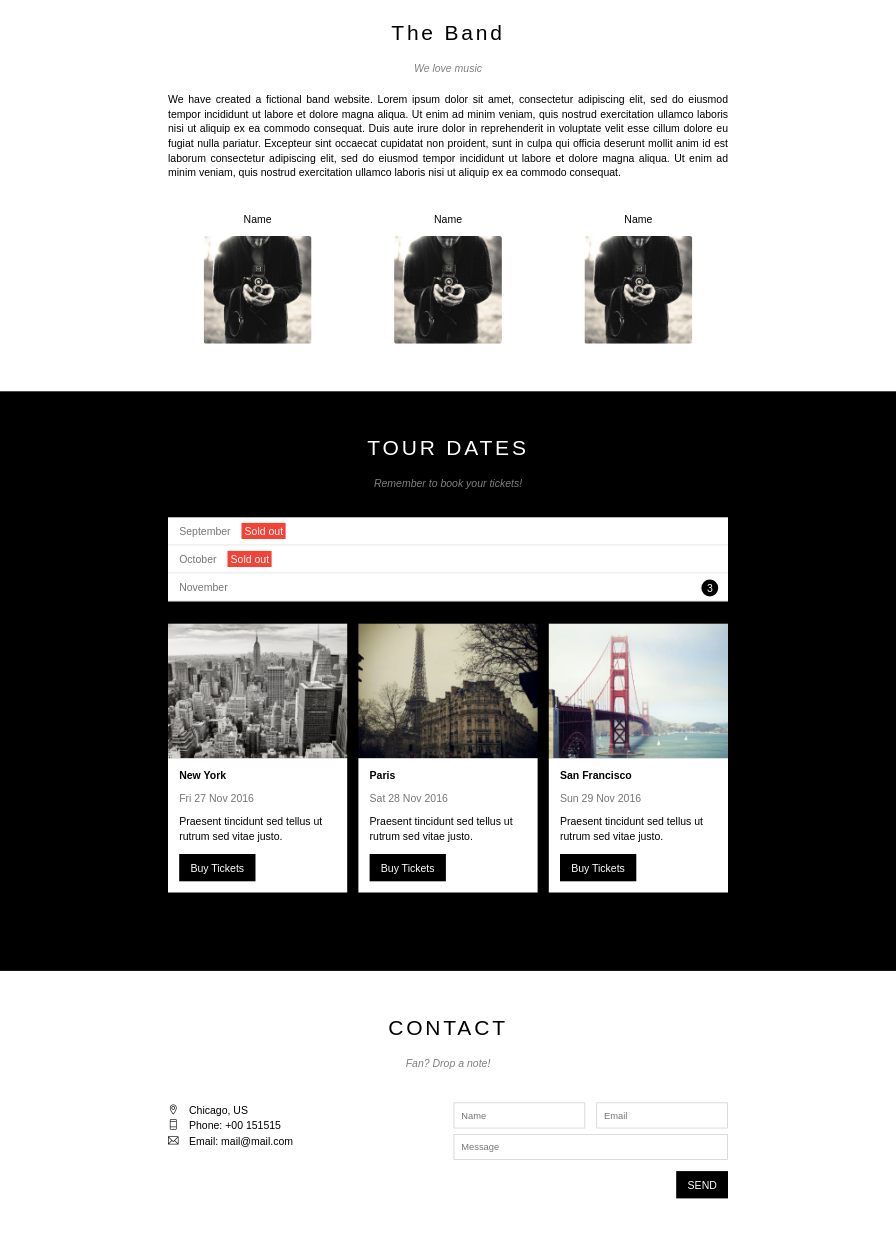
Repository: ducvui2003/LTCB
Page: index.html
An editor plug-in stored every save of this project. The page is shown before and after the next save, followed by the edit.
The browser window is 1280 px wide. The pictures show the part of the page from y = 720 to 2640 px (the page is 2496 px tall before and 2640 px after), at 70% of full size.

Above is the page before, as saved 2022-01-13 11:10:09.

After the next save:
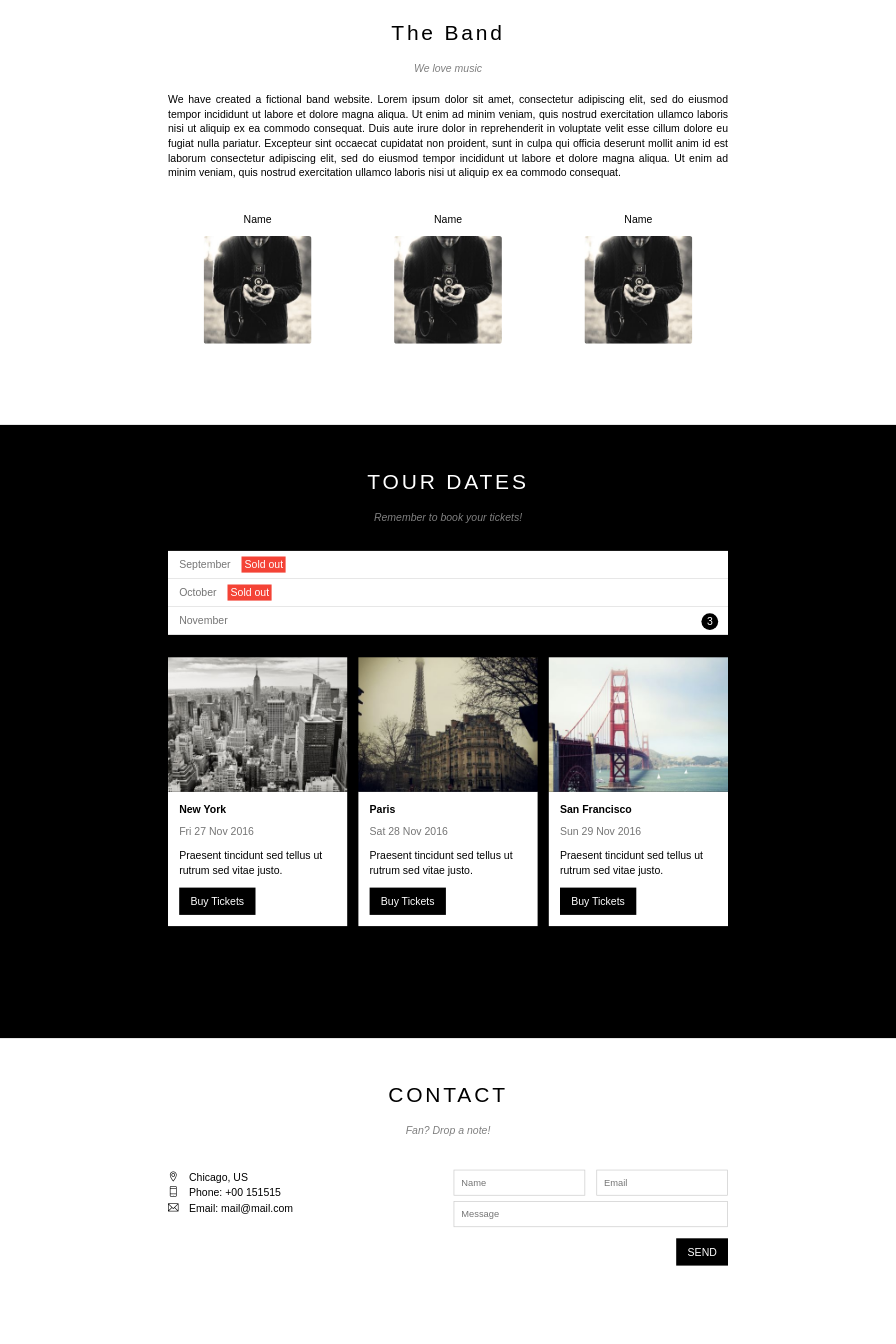
Saved 33 h 52 min later.
--- a/assest/Css/styles.css
+++ b/assest/Css/styles.css
@@ -221,7 +221,7 @@
 
 #content .content-section {
     width: 800px;
-    padding: 64px 0;
+    padding: 64px 0 112px;
     margin-left: auto;
     margin-right: auto;
 }
